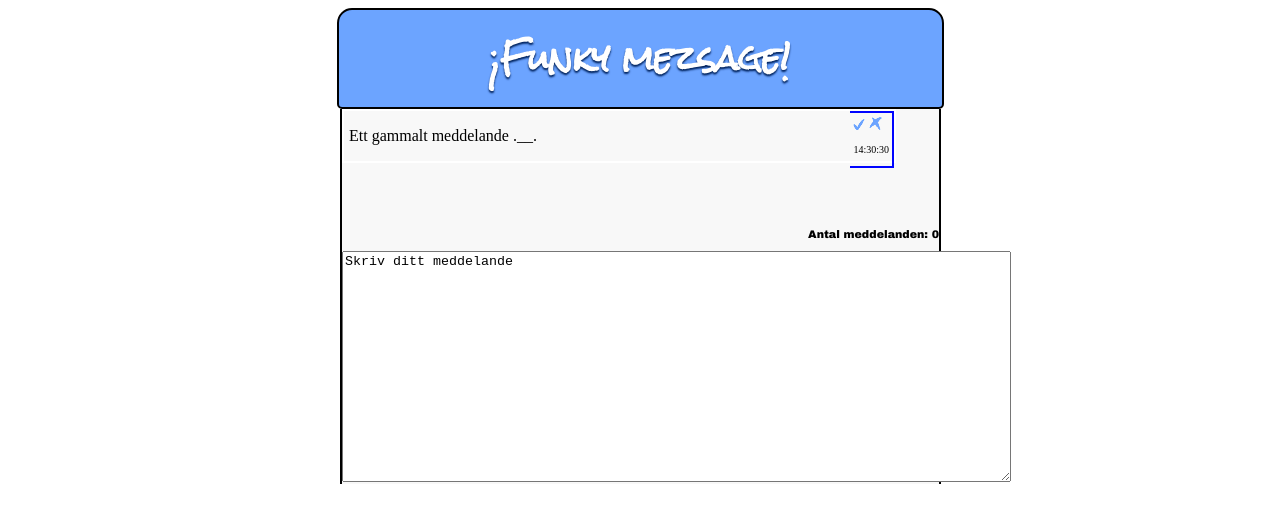
Repository: sk222sw/1dv403-laborationer
Page: 2-labbymezzage/index.html
The author's editor kept a record of every edit. The page is drawn from the files as they stood at one moment, then again after the next edit.
The browser window is 1280 px wide. The pictures show the whole page.

Above is the page before.

### 2-labbymezzage/index.html
<!DOCTYPE html>
<html lang="sv">
<head>
    <meta charset="utf-8" />
    <title>Labby Message</title>

    <link rel="stylesheet" href="css/css.css" />

    <link href='http://fonts.googleapis.com/css?family=Rock+Salt' rel='stylesheet' type='text/css'>

</head>
    <body>
        <div id="container">
            <header>
                <h1>¡Funky mezsage!</h1>
            </header>

            <main>
                <section id="mainsection">
                    <section class="oldMsg">

                        <div id="buttons">
                            <div id="timeButton"></div>
                            <div id="deleteButton"></div>
                            <p class="time">14:30:30</p>
                        </div>

                        <div id="messageText">
                            <p class="msgText">Ett gammalt meddelande .__.</p>
                        </div>
                    </section>

                    <section id="newTextSection">
                        <p id="messageCounter">Antal meddelanden: 0</p>
                        <textarea id="newMsg" name="textarea" rows="15" cols="81">Skriv ditt meddelande</textarea>
                    </section>
                </section>
            </main>

            <script type="text/javascript" src="script/Message.js"></script>
            <script type="text/javascript" src="script/script.js"></script>
            <script type="text/javascript" src="script/MessageBoard.js"></script>
        </div>
    </body>
</html>

### 2-labbymezzage/css/css.css
/*
container
    main
        header
            h1
        section
            p
            textarea
*/

container: {
    width: 600px;
}

main {
    width: 600px;

    margin: 0 auto;


}

#mainsection {
    width: 597px;

    background: #f8f8f8;


    border-right: solid black 2px;
    border-left: solid black 2px;
}

header {
    margin: 0 auto;
    margin-bottom: 0px;
    background: #6CA4FF;

    width: 603px;

    border: solid black 2px;
    border-bottom: solid black 2px;

    border-top-left-radius: 15px;
    border-top-right-radius: 15px;
    border-bottom-left-radius: 5px;
    border-bottom-right-radius: 5px;

    padding-top: 10px;
    padding-bottom: 10px;
}

h1 {
    position: relative;
    margin: 0 auto;

    text-align: center;
    color: white;
    text-shadow: 0px 2px 2px #00235E;
    font-family: "Rock Salt";

}

.area {
    position: relative;
}

.oldMsg {
    position: relative;

    width: 550px;
    border: solid white 2px;

    margin-bottom: 65px;
    padding: -2px;
}

.time {
    text-align: right;
    font-size: 10px;
}


#timeButton {
	background: url('../pics/checksprite.png') no-repeat -2px -2px;
	width: 12px;
	height: 11px;
	display: inline-block;
}

#deleteButton {
	background: url('../pics/checksprite.png') no-repeat -17px -2px;
	width: 13px;
	height: 13px;
	display: inline-block;
}

#oldMessageText {
    border-bottom: solid #0004FF 2px;
    border-top: solid #0004FF 2px;
    border-left: solid #0004FF 2px;
    width: 500px;
    float: left;

    background-color: #6ca4ff;
    color: white;
    font-family: 'Arial Black', sans-serif;
    font-size: 15px;

}

#buttons {
    padding: 3px;
    padding-bottom: 1px;
    border-right: solid #0004FF 2px;
    border-top: solid #0004FF 2px;
    border-bottom: solid #0004FF 2px;
    float: right;
}

#newTextSection {
    display: block;

    font-family: 'Arial Black';
    font-size: 11px;
}

#messageCounter {
    text-align: right;
}

.msgText {
    padding-left: 5px;
}

### 2-labbymezzage/script/Message.js
"use strict";

function Message (message, date) {

    this.getText = function() {
        return message;
    },

    this.setText = function(_text) {
        message = _text;
    };

    this.getDate = function() {
        return date;
    };

    this.setDate = function(_date) {
        date = _date;
    };

}

Message.prototype.toString = function() {
    return this.getText()+" ("+this.getDate()+")";
};

Message.prototype.getHTMLText = function() {
    return Message.getText;
};

Message.prototype.getDateText = function() {
    return Message.getDate;
};
/*
var mess = new Message("hej", new Date());
alert(mess);
alert(mess.getText());
mess.setText("en annan text");
alert(mess);
*/

### 2-labbymezzage/script/script.js
"use strict";

    var engine = {

    };

### 2-labbymezzage/script/MessageBoard.js
"use strict";

    var MessageBoard = {

        messages: [],

        init:function(e){

            MessageBoard.messages.push("1", 2, 54, "hej");
            console.log(MessageBoard.messages);
        }
    };

window.onload = MessageBoard.init;

After the next edit:
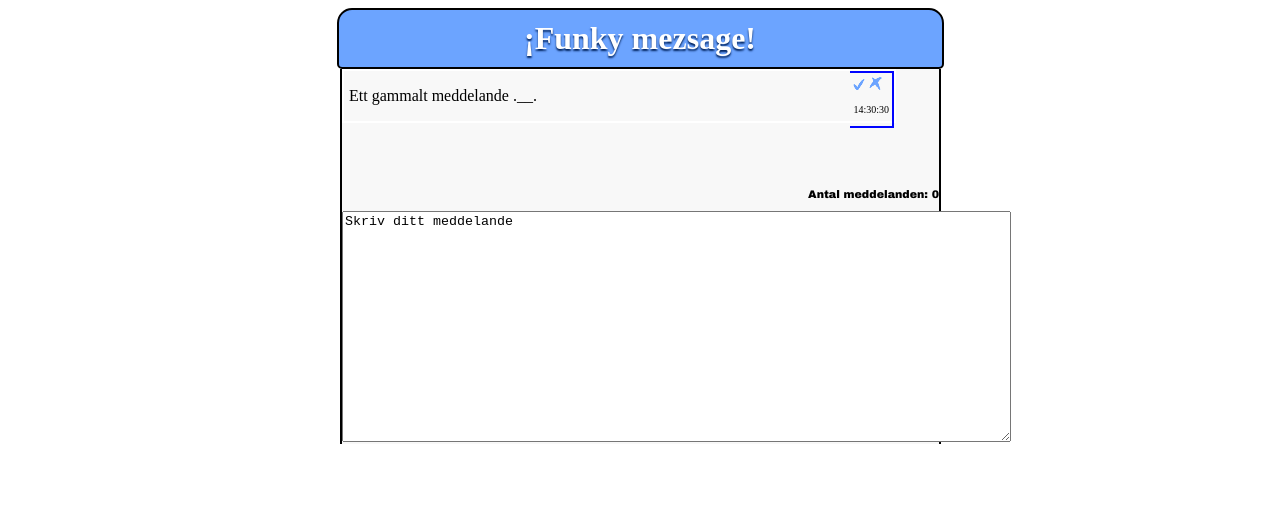
The edit:
--- a/2-labbymezzage/css/css.css
+++ b/2-labbymezzage/css/css.css
@@ -56,7 +56,7 @@
     text-align: center;
     color: white;
     text-shadow: 0px 2px 2px #00235E;
-    font-family: "Rock Salt";
+    /*font-family: "Arial", "Rock Salt";*/
 
 }
 
